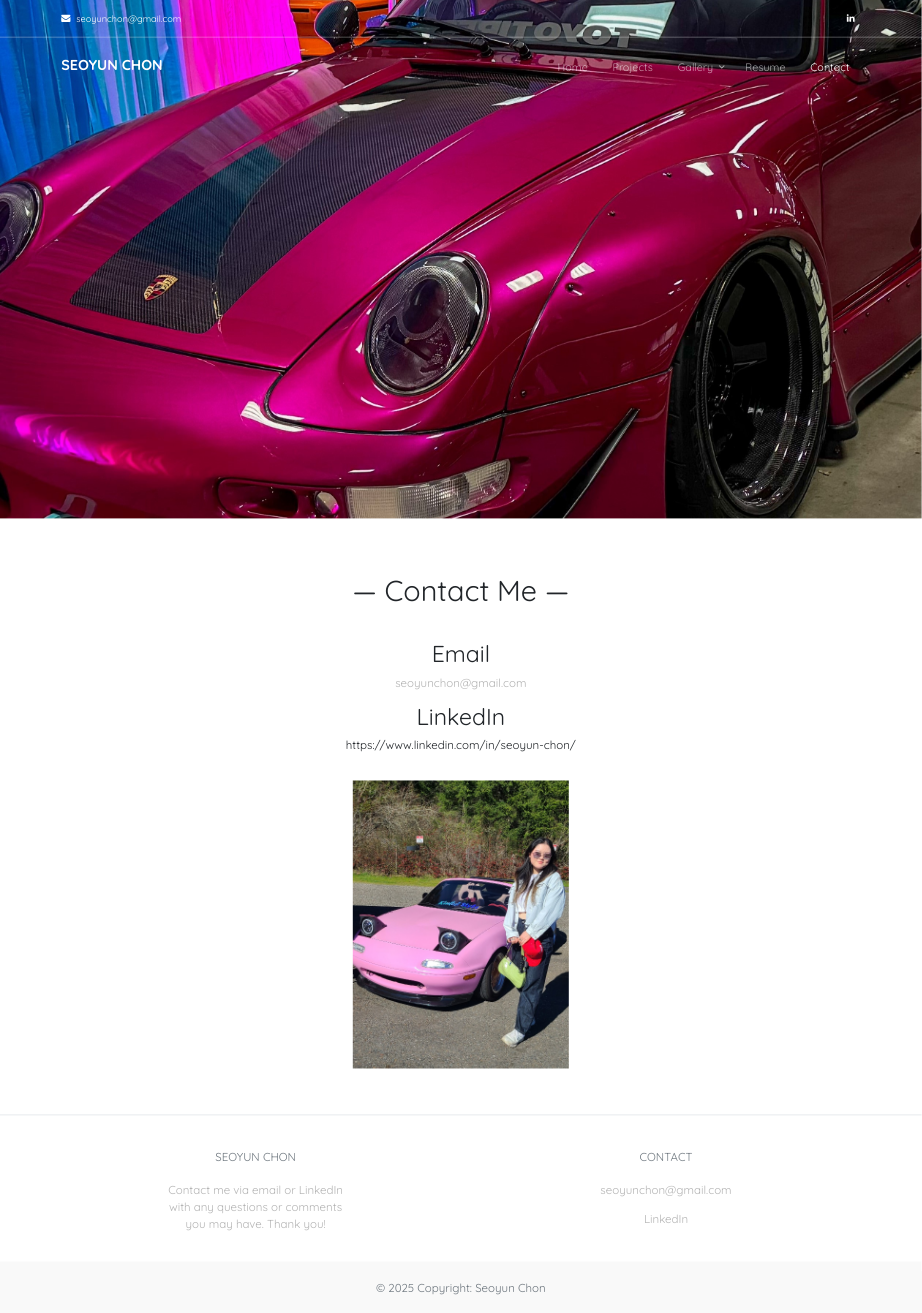
Repository: schon02/seoyun-chon-portfolio
Page: contact_page.html
An editor plug-in stored every save of this project. The page is shown before and after the next save, followed by the edit.
The browser window is 1280 px wide. The pictures show the whole page, at 72% of full size.

Above is the page before, as saved 2025-02-27 06:51:12.

After the next save:
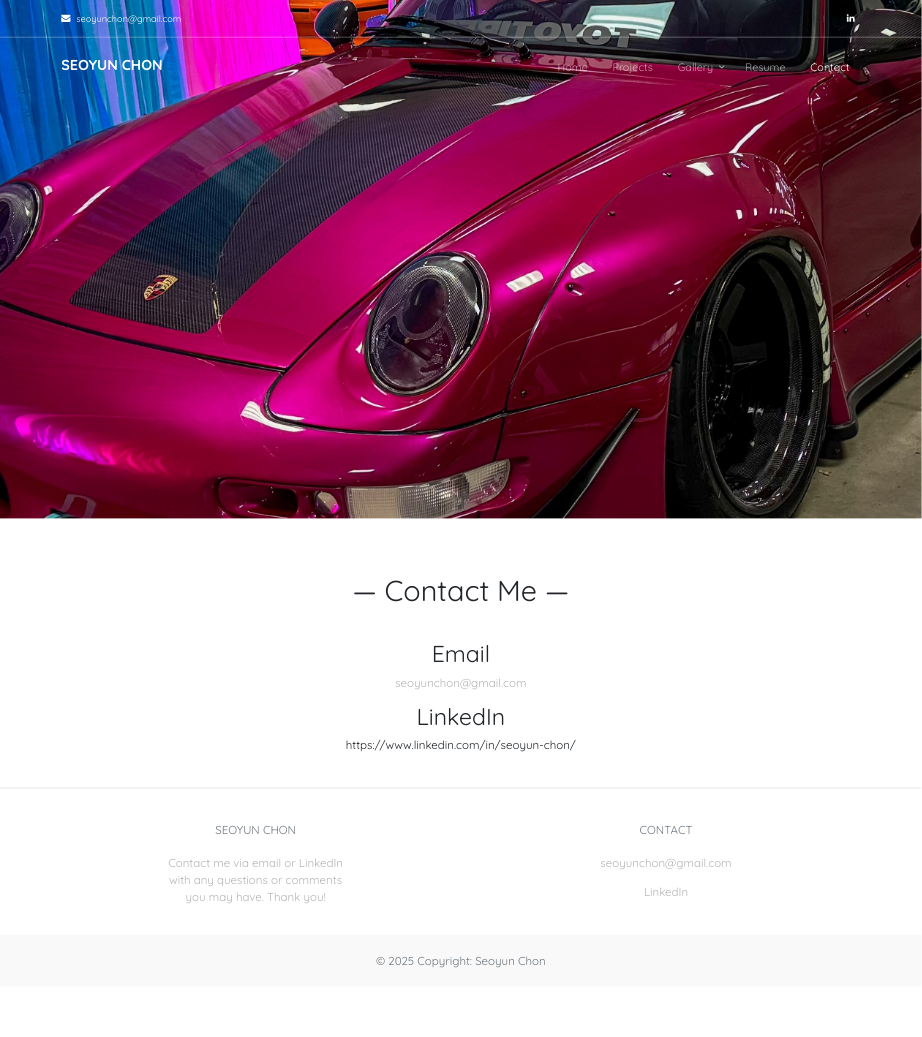
Saved 28 days later.
--- a/contact_page.html
+++ b/contact_page.html
@@ -131,8 +131,8 @@
             <!-- <h2>Order-Specific Emails</h2>
             <p>orders@domain.com</p>
             <p>returns@domain.com</p> -->
-            <p><img src="images/pink_miata.JPEG"
-                 style="width:300px; padding-top: 1cm;"></p>
+            <!-- <p><img src="images/pink_miata.JPEG"
+                 style="width:300px; padding-top: 1cm;"></p> -->
         </div>
 
     <script src="js/jquery-3.3.1.min.js"></script>
